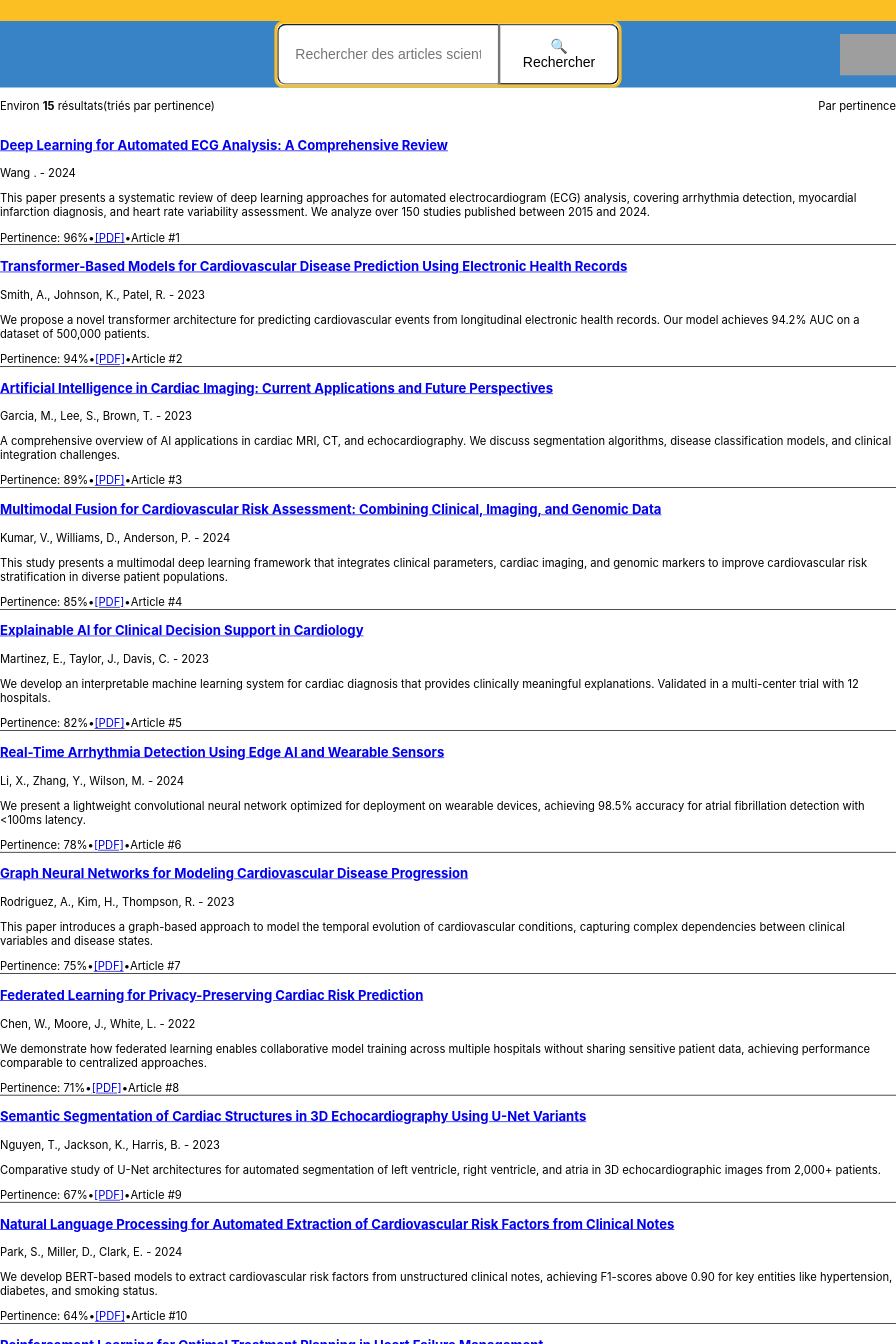
Repository: elh33/SemanticSciSearch
Page: / (app in frontend/)
An editor plug-in stored every save of this project. The page is shown before and after the next save, followed by the edit.
The browser window is 1280 px wide. The pictures show the part of the page from y = 0 to 1920 px (the page is 2700 px tall), at 70% of full size.
Pictures or frames that could not be fetched are drawn as grey boxes. The project was rebuilt for these pictures with package versions that can differ from the ones it lists, and the page was loaded fresh each time.

Above is the page before, as saved 2025-11-21 23:22:04.

After the next save:
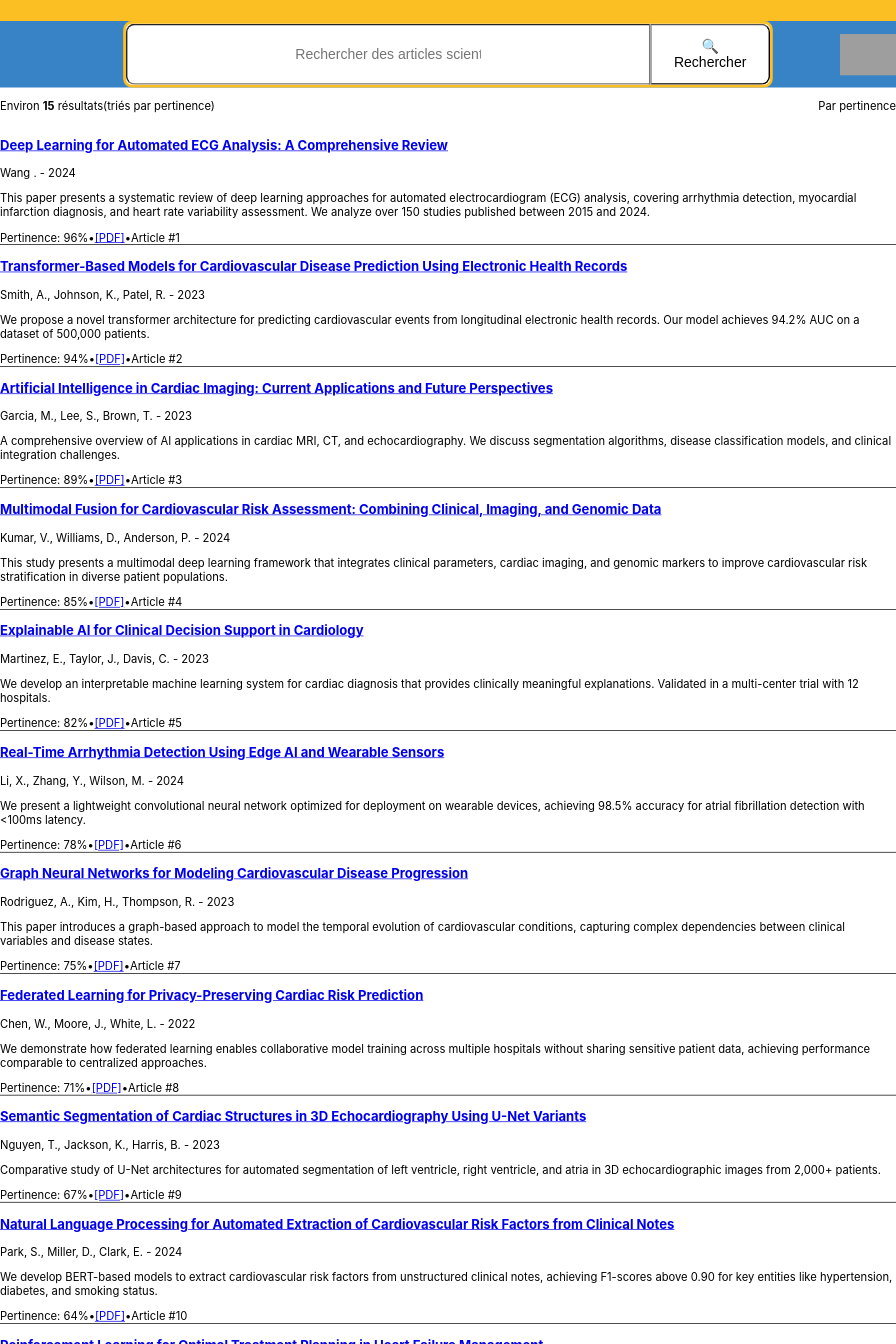
Saved 7 s later.
--- a/frontend/src/components/SearchResults.tsx
+++ b/frontend/src/components/SearchResults.tsx
@@ -59,7 +59,7 @@ const SearchResults: React.FC = () => {
                   className="flex-grow outline-none"
                   style={{
                     borderRadius: '12px 0 0 12px',
-                    padding: '10px 24px',
+                    padding: '10px 240px',
                     fontSize: '20px'
                   }}
                 />
